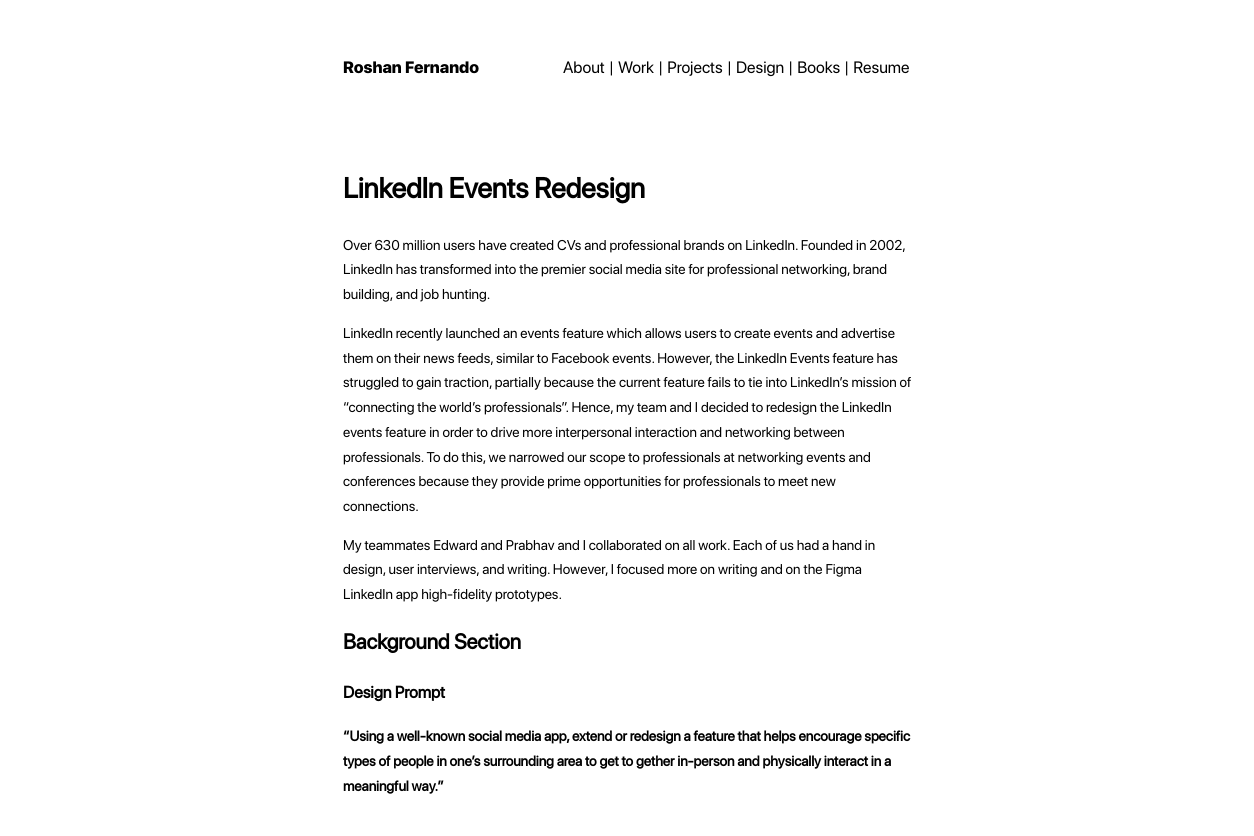
Repository: rdf004/rdf004.github.io
Page: /case1
The author's editor kept a copy of each file at every save. The page is drawn from the files as they stood at one save, then again after the next save.
The browser window is 1280 px wide. The pictures show the whole page, at 98% of full size.
The project was rebuilt for these pictures with package versions that can differ from the ones it lists, and the page was loaded fresh each time. Also part of the build but not shown: src/Components/About.js, src/Components/Work.js, src/Components/Projects.js, src/Components/Design.js, src/Components/Books.js, src/Components/Resume.js.

Above is the page before, as saved 2019-11-20 21:01:51.

### public/index.html
<!DOCTYPE html>
<html lang="en">
  <head>
    <meta charset="utf-8" />
    <link rel="shortcut icon" href="Startup_Rocket-512.png" />
    <meta name="viewport" content="width=device-width, initial-scale=1" />
    <meta name="theme-color" content="#000000" />
    <meta
      name="description"
      content="Web site created using create-react-app"
    />
    <link rel="apple-touch-icon" href="logo192.png" />
    <!--
      manifest.json provides metadata used when your web app is installed on a
      user's mobile device or desktop. See https://developers.google.com/web/fundamentals/web-app-manifest/
    -->
    <link rel="manifest" href="%PUBLIC_URL%/manifest.json" />
    <!--
      Notice the use of %PUBLIC_URL% in the tags above.
      It will be replaced with the URL of the `public` folder during the build.
      Only files inside the `public` folder can be referenced from the HTML.

      Unlike "/favicon.ico" or "favicon.ico", "%PUBLIC_URL%/favicon.ico" will
      work correctly both with client-side routing and a non-root public URL.
      Learn how to configure a non-root public URL by running `npm run build`.
    -->
    <title>RFizzle's Websizzle</title>
  </head>
  <body>
    <noscript>You need to enable JavaScript to run this app.</noscript>
    <div id="root"></div>
    <!--
      This HTML file is a template.
      If you open it directly in the browser, you will see an empty page.

      You can add webfonts, meta tags, or analytics to this file.
      The build step will place the bundled scripts into the <body> tag.

      To begin the development, run `npm start` or `yarn start`.
      To create a production bundle, use `npm run build` or `yarn build`.
    -->
  </body>
</html>

### src/index.js
import React from 'react';
import ReactDOM from 'react-dom';
import { Route, Link, BrowserRouter as Router } from 'react-router-dom';

import About from './Components/About';
import Work from './Components/Work';
import Projects from './Components/Projects';
import Design from './Components/Design';
import Books from './Components/Books';
import Resume from './Components/Resume';
import Case1 from './Components/Case1';
import * as serviceWorker from './serviceWorker';

const routing = (
    <Router>
      <div>
        <Route exact path="/" component={About} />
        <Route path="/work" component={Work} />
        <Route path="/projects" component={Projects} />
        <Route path="/design" component={Design} />
        <Route path="/books" component={Books} />
        <Route path="/resume" component={Resume} />
        <Route path="/case1" component={Case1} />
      </div>
    </Router>
)

ReactDOM.render(routing, document.getElementById('root'));

// If you want your app to work offline and load faster, you can change
// unregister() to register() below. Note this comes with some pitfalls.
// Learn more about service workers: https://bit.ly/CRA-PWA
serviceWorker.unregister();

### src/Components/Case1.js
import React from 'react';
import Header from './Header';

import '../Style/style.css';

class Case1 extends React.Component {

    render() {
        return (
            <div className="grid-holder">

            <div className="grid-container">
                <Header className="header"/>
                <p className="page-content">
                    <h1>LinkedIn Events Redesign</h1>
                    <p>Over 630 million users have created CVs and professional brands on LinkedIn. Founded in 2002, LinkedIn has transformed into the premier social media site for professional networking, brand building, and job hunting.</p>
                    <p>LinkedIn recently launched an events feature which allows users to create events and advertise them on their news feeds, similar to Facebook events. However, the LinkedIn Events feature has struggled to gain traction, partially because the current feature fails to tie into LinkedIn’s mission of “connecting the world’s professionals”. Hence, my team and I decided to redesign the LinkedIn events feature in order to drive more interpersonal interaction and networking between professionals. To do this, we narrowed our scope to professionals at networking events and conferences because they provide prime opportunities for professionals to meet new connections.</p>
                    <p>My teammates Edward and Prabhav and I collaborated on all work. Each of us had a hand in design, user interviews, and writing. However, I focused more on writing and on the Figma LinkedIn app high-fidelity prototypes.</p>
                    <h2>Background Section</h2>
                    <h3><b>Design Prompt</b></h3>
                    <p><b>“Using a well-known social media app, extend or redesign a feature that helps encourage specific types of people in one’s surrounding area to get to gether in-person and physically interact in a meaningful way.”</b></p>

                </p>
            </div>

            </div>
        )
    }

}

export default Case1;

### src/Components/Header.js
import React from 'react';
import '../Style/style.css';

class Header extends React.Component {

    render() {
        return (

            <div className="flex-container">
                <p className="name">Roshan Fernando</p>
                <ul className="header-li-elements">
                    <li><a className="list-item-a" href="/">About</a></li>
                    <li>|</li>
                    <li><a className="list-item-a" href="/work">Work</a></li>
                    <li>|</li>
                    <li><a className="list-item-a" href="/projects">Projects</a></li>
                    <li>|</li>
                    <li><a className="list-item-a" href="/design">Design</a></li>
                    <li>|</li>
                    <li><a className="list-item-a" href="/books">Books</a></li>
                    <li>|</li>
                    <li><a className="list-item-a" href="/resume">Resume</a></li>
                </ul>
                <p className="content">{this.about}</p>
            </div>
        )
    }
}

export default Header;

### src/Style/style.css
/* PAGE */

.grid-holder {

}

.grid-container {
    display: grid;
    width: 600px;
    max-width: 100vw;
    margin: auto;

    line-height: 1.75;
}

.page-content {

    font-family: 'SF-Regular';
    font-size: 0.9em;
    color: black;
    padding: 10px;
    padding-top: 0px;
}

/* unvisited link */
.p-a:link {
    color: rgb(105, 196, 248);
    text-decoration: underline;
  }

  /* visited link */
.p-a:visited {
    color: rgb(105, 196, 248);
    text-decoration: underline;
  }

/* mouse over link */
.p-a:hover {
    color: rgb(105, 196, 248);
    text-decoration: underline;
  }

  /* selected link */
.p:active {
    color: rgb(105, 196, 248);
    text-decoration: underline;
  }

/* HEADER */

.flex-container {

    display: flex;
    justify-content: center;
    align-items: center;
    padding-top: 5vh;
    flex-wrap: wrap;

    max-width: inherit;
    min-width: 0;

}


.name {

    text-align: left;
    font-family: 'SF-Heavy';
    color: black;
    font-size: 1.05em;
    max-width: 250px;

    flex: 1;
    padding-left: 10px;

}

.header-li-elements {

    display: flex;
    padding: 0;
    justify-content: flex-end;
    color: black;

    flex: 1;
    padding-right: 10px;

}

li {

    list-style-type: none;
    padding: 2px;
    font-family: 'SF-Regular';
    font-size: 1.05em;
    color: black;

}

.content {
    width: 1000px;
    max-width: inherit;
}

body, html {

    margin: 0;
    padding: 0;
    background-color: white;

}

/* unvisited link */
.list-item-a:link {
    color: black;
    text-decoration: none;
  }

  /* visited link */
.list-item-a:visited {
    color: black;
    text-decoration: none;
  }

/* mouse over link */
.list-item-a:hover {
    color: rgb(0, 162, 255);
    text-decoration: none;
  }

  /* selected link */
.list-item-a:active {
    color: black;
    text-decoration: none;
  }

@font-face {
    src: url('./SF-Pro-Display-Heavy.otf');
    font-family: 'SF-Heavy';
}

@font-face {
    src: url('./SF-Pro-Display-Regular.otf');
    font-family: 'SF-Regular';
}

@font-face {
    src: url('./SF-Pro-Display-Thin.otf');
    font-family: 'SF-Thin';
}

Loaded but not shown: src/serviceWorker.js (common file)

After the next save:
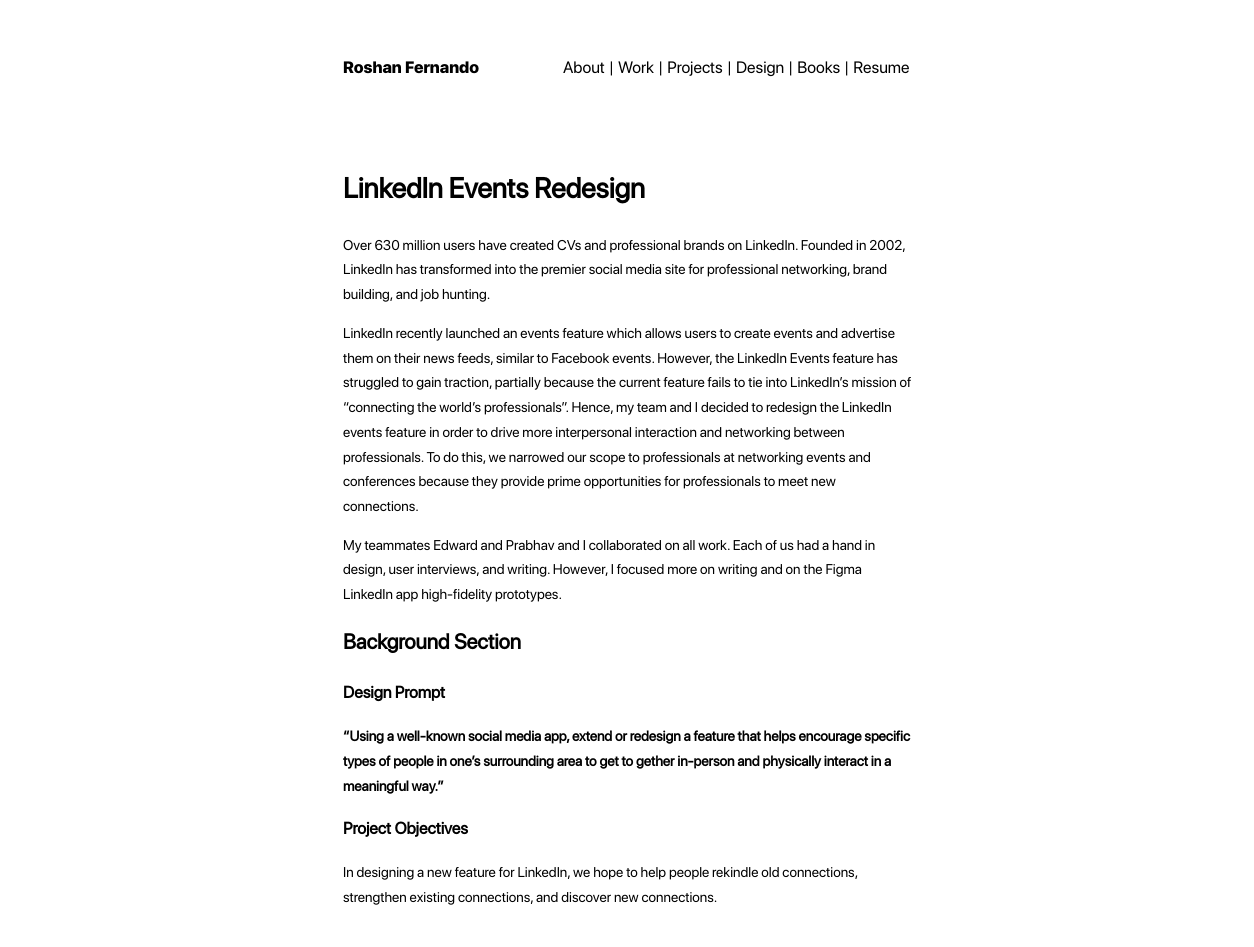
Saved 43 s later.
--- a/src/Components/Case1.js
+++ b/src/Components/Case1.js
@@ -19,7 +19,8 @@
                     <h2>Background Section</h2>
                     <h3><b>Design Prompt</b></h3>
                     <p><b>“Using a well-known social media app, extend or redesign a feature that helps encourage specific types of people in one’s surrounding area to get to gether in-person and physically interact in a meaningful way.”</b></p>
-
+                    <h3>Project Objectives</h3>
+                    <p>In designing a new feature for LinkedIn, we hope to help people rekindle old connections, strengthen existing connections, and discover new connections.</p>
                 </p>
             </div>
 
